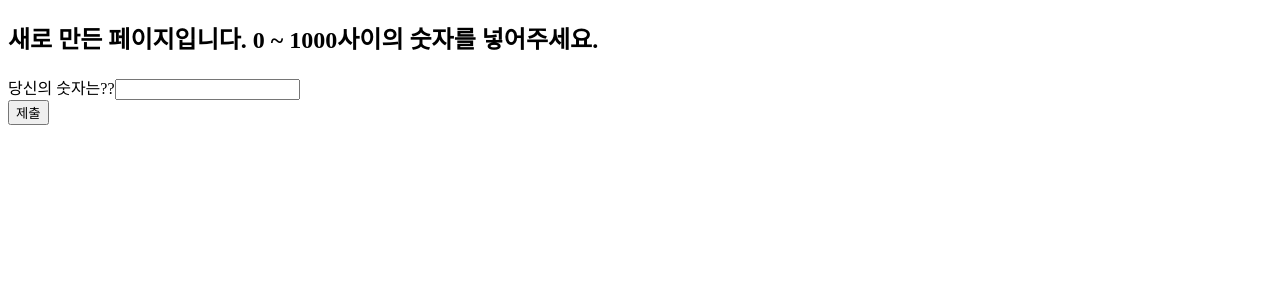
Repository: pearlgate/homework
Page: http://localhost/randomNum/jspRandom.jsp
The author's editor kept a copy of each file at every save. The page is drawn from the files as they stood at one save, then again after the next save.
The browser window is 1280 px wide. The pictures show the whole page.
The page is served by Tomcat 9.

Above is the page before, as saved 2021-02-25 07:26:03.

After the next save:
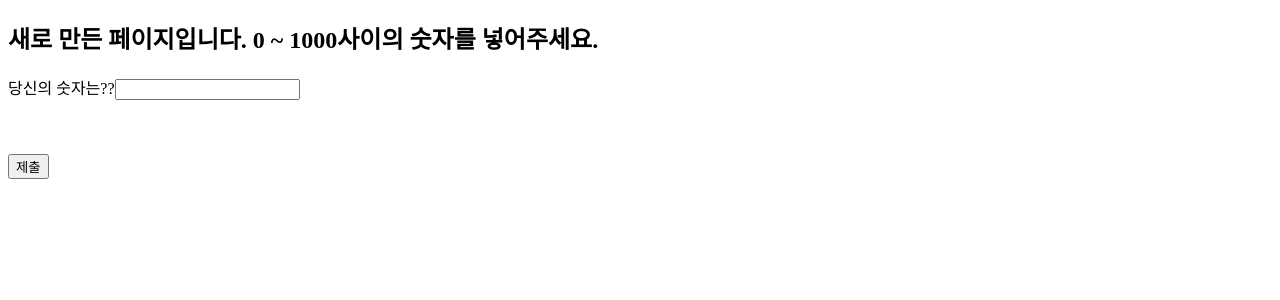
Saved 5 min 35 s later.
--- a/Noh/JAVA/Servlet jsp/servlet_workspace/randomNum/WebContent/jspRandom.jsp
+++ b/Noh/JAVA/Servlet jsp/servlet_workspace/randomNum/WebContent/jspRandom.jsp
@@ -25,6 +25,9 @@
 	  <h2>새로 만든 페이지입니다. <%=minNum %> ~ <%=maxNum %>사이의 숫자를 넣어주세요.</h2>
 		<form action="getJspRandom.jsp">
 			<label>당신의 숫자는??</label><input type="text" name="guessNum"><br>
+			<input type="hidden" name="max" value="max.getValue()"><br>
+			<input type="hidden" name="min" value="min.getValue()"><br>
+			<input type="hidden" name="hit" value="hit.getValue()"><br>
 			<input type="submit" value="제출">
 		</form>
 	</div>
